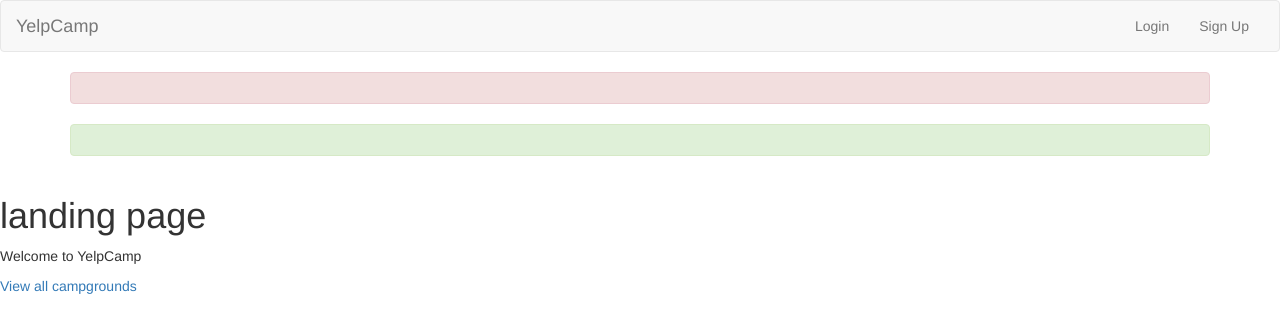
Repository: gtxDaniel/Web-development
Page: http://localhost/
The author's editor kept a record of every edit. The page is drawn from the files as they stood at one moment, then again after the next edit.
The browser window is 1280 px wide. The pictures show the whole page.
The page is served by the project's Node server (YelpCamp/v10/app.js).

Above is the page before.

After the next edit:
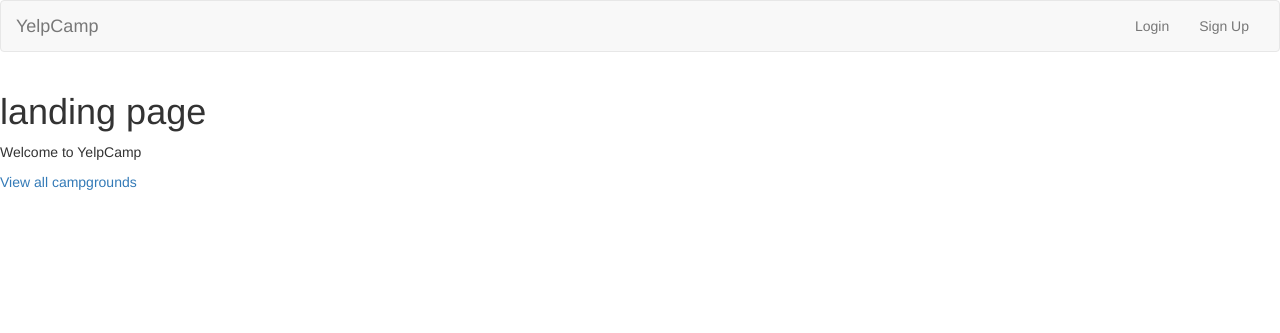
The edit:
--- a/web-development/workspace/YelpCamp/v10/views/partials/header.ejs
+++ b/web-development/workspace/YelpCamp/v10/views/partials/header.ejs
@@ -24,12 +24,17 @@
                 </div>
             </div>
         </nav>
-<div class='container'>
-    <div class='alert alert-danger' role='alert'>
-        <%= error%>
+    <div class="container">
+
+        <% if(error && error.length > 0){ %>
+            <!--<% console.log(error) %>-->
+            <div class="alert alert-danger" role="alert">
+                <%= error %>
+            </div>
+        <% } %>
+        <% if(success && success.length > 0){ %>
+            <div class="alert alert-success" role="alert">
+                <%= success %>
+            </div>
+        <% } %>
     </div>
-
-    <div class='alert alert-success' role='alert'>
-        <%= success%>
-    </div>
-</div>
